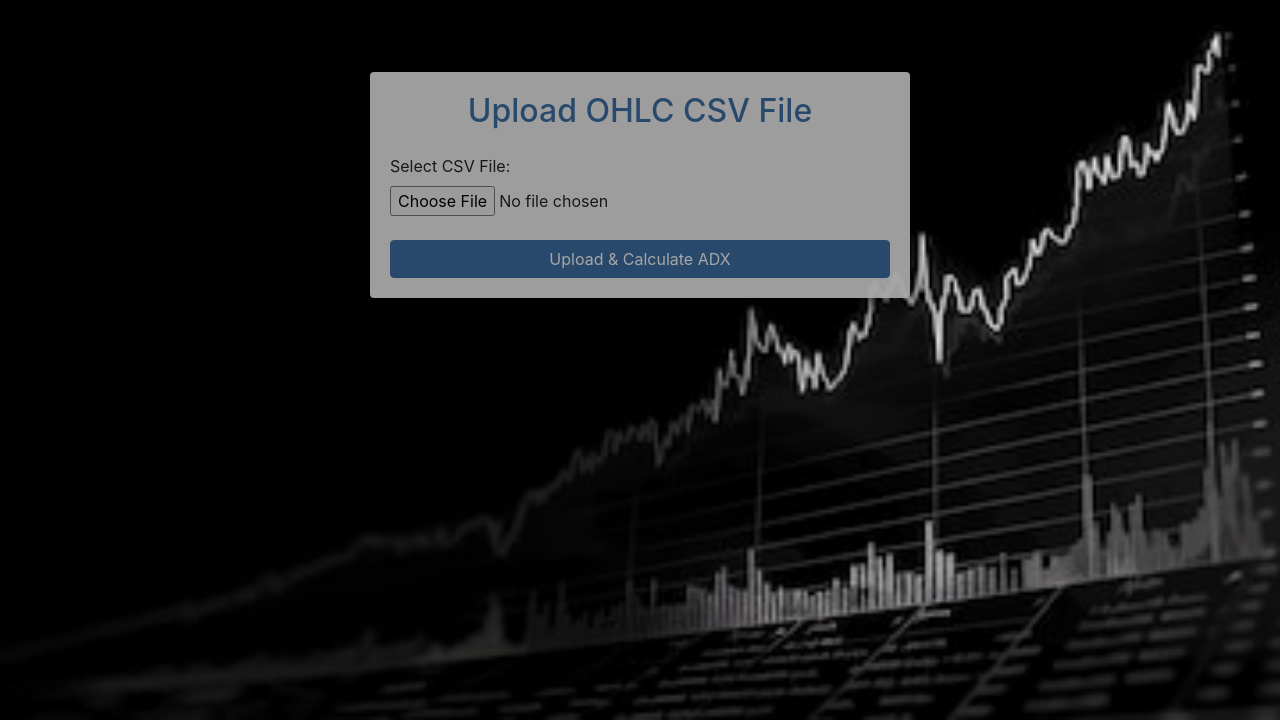
Repository: TEJAS-MI/Intelliqube-Assignment
Page: http://localhost/
An editor plug-in stored every save of this project. The page is shown before and after the next save, followed by the edit.
The browser window is 1280 px wide. The pictures show the whole page.
The page is served by the project's application, run on Django 2.2 (manage.py). Other server files are loaded and not shown.

Above is the page before, as saved 2025-12-03 20:25:36.

### adxapp/views.py
# adxapp/views.py

import pandas as pd
from django.shortcuts import render
from django.http import HttpResponse
from .utils import calculate_adx
import matplotlib
matplotlib.use('Agg')
from matplotlib import pyplot as plt
import io
import base64


def index(request):
    return render(request, 'adxapp/index.html')


def process_file(request):
    if request.method != 'POST':
        return render(request, 'adxapp/index.html')

    if 'csv_file' not in request.FILES:
        return render(request, 'adxapp/index.html', {'error': 'Please upload a CSV file.'})

    uploaded_file = request.FILES['csv_file']

    try:
        # Read the CSV exactly as-is (do not set index_col)
        df_in = pd.read_csv(uploaded_file)
        # Calculate ADX (utils will detect date and OHLC)
        result_df = calculate_adx(df_in)
    except Exception as e:
        # Catch and display calculation errors (like missing columns)
        return render(request, 'adxapp/index.html', {'error': f'Error processing file: {e}'})

    # Save result CSV in session for download
    csv_buffer = io.StringIO()
    # IMPORTANT: index=False to prevent the date/time column from being repeated as 'Unnamed: 0'
    result_df.to_csv(csv_buffer, index=False)
    request.session['csv_output'] = csv_buffer.getvalue()

    # Produce plot: plot numeric arrays (skip NaNs automatically)
    plt.figure(figsize=(10, 5))
    # plot by column values so x-axis is simple index
    plt.plot(result_df['ADX'].values, label='ADX')
    plt.plot(result_df['+DI14'].values, label='+DI14')
    plt.plot(result_df['-DI14'].values, label='-DI14')
    plt.title('ADX, +DI14, -DI14')
    plt.legend()
    plt.tight_layout()

    img_buffer = io.BytesIO()
    plt.savefig(img_buffer, format='png')
    plt.close()
    img_buffer.seek(0)
    plot_base64 = base64.b64encode(img_buffer.read()).decode('utf-8')

    # Prepare preview including date column if present
    preview_df = result_df.head(10)
    preview_columns = preview_df.columns.tolist()
    preview_data = preview_df.values.tolist()

    return render(request, 'adxapp/result.html', {
        'plot_base64': plot_base64,
        'preview_columns': preview_columns,
        'preview_data': preview_data
    })


def download_csv(request):
    csv_data = request.session.get('csv_output')
    if not csv_data:
        return HttpResponse("No output to download. Upload and process a file first.", status=400)
    response = HttpResponse(csv_data, content_type='text/csv')
    response['Content-Disposition'] = 'attachment; filename="adx_output.csv"'
    return response

### adxapp/templates/adxapp/index.html
{% load static %}
<!DOCTYPE html>
<html>
  <head>
    <meta charset="utf-8" />
    <title>ADX Calculator – Upload File</title>

    <link
      rel="stylesheet"
      href="https://cdn.jsdelivr.net/npm/bootstrap@4.1.3/dist/css/bootstrap.min.css"
      integrity="sha384-MCw98/SFnGE8fJT3GXwEOngsV7Zt27NXFoaoApmYm81iuXoPkFOJwJ8ERdknLPMO"
      crossorigin="anonymous"
    />

    <style>
      /* Background styling */
      body {
        background-image: url("{% static 'img/trading_graph.jpeg' %}");
        background-size: cover;
        background-attachment: fixed;
        background-position: center center;
        filter: brightness(65%) grayscale(60%);
      }

      /* Form Card Styling */
      .form-card {
        background-color: rgba(255, 255, 255, 0.95);
        box-shadow: 0 10px 20px rgba(0, 0, 0, 0.6);
        border: none;
      }
    </style>
  </head>

  <body>
    <div class="container mt-4">
      <div class="row justify-content-center">
        <div class="col-md-6">
          <div class="card form-card mt-5">
            <div class="card-body">
              <h2 class="mb-4 text-center text-primary">
                Upload OHLC CSV File
              </h2>

              <form
                action="{% url 'process_file' %}"
                method="POST"
                enctype="multipart/form-data"
              >
                {% csrf_token %}

                <div class="form-group">
                  <label>Select CSV File:</label>
                  <input
                    type="file"
                    name="csv_file"
                    class="form-control-file"
                    required
                  />
                </div>

                <button type="submit" class="btn btn-primary btn-block mt-4">
                  Upload & Calculate ADX
                </button>
              </form>
            </div>
          </div>
        </div>
      </div>
    </div>
  </body>
</html>

### adxproject/urls.py
"""adxproject URL Configuration

The `urlpatterns` list routes URLs to views. For more information please see:
    https://docs.djangoproject.com/en/2.2/topics/http/urls/
Examples:
Function views
    1. Add an import:  from my_app import views
    2. Add a URL to urlpatterns:  path('', views.home, name='home')
Class-based views
    1. Add an import:  from other_app.views import Home
    2. Add a URL to urlpatterns:  path('', Home.as_view(), name='home')
Including another URLconf
    1. Import the include() function: from django.urls import include, path
    2. Add a URL to urlpatterns:  path('blog/', include('blog.urls'))
"""
from django.contrib import admin
from django.urls import path ,include

urlpatterns = [
    path('admin/', admin.site.urls),

    path('',include('adxapp.urls')),
]

### adxapp/urls.py
from django.urls import path
from . import views

urlpatterns = [
    path('', views.index, name='index'),
    path('process/', views.process_file, name='process_file'),
    path('download/', views.download_csv, name='download_csv'),
]

After the next save:
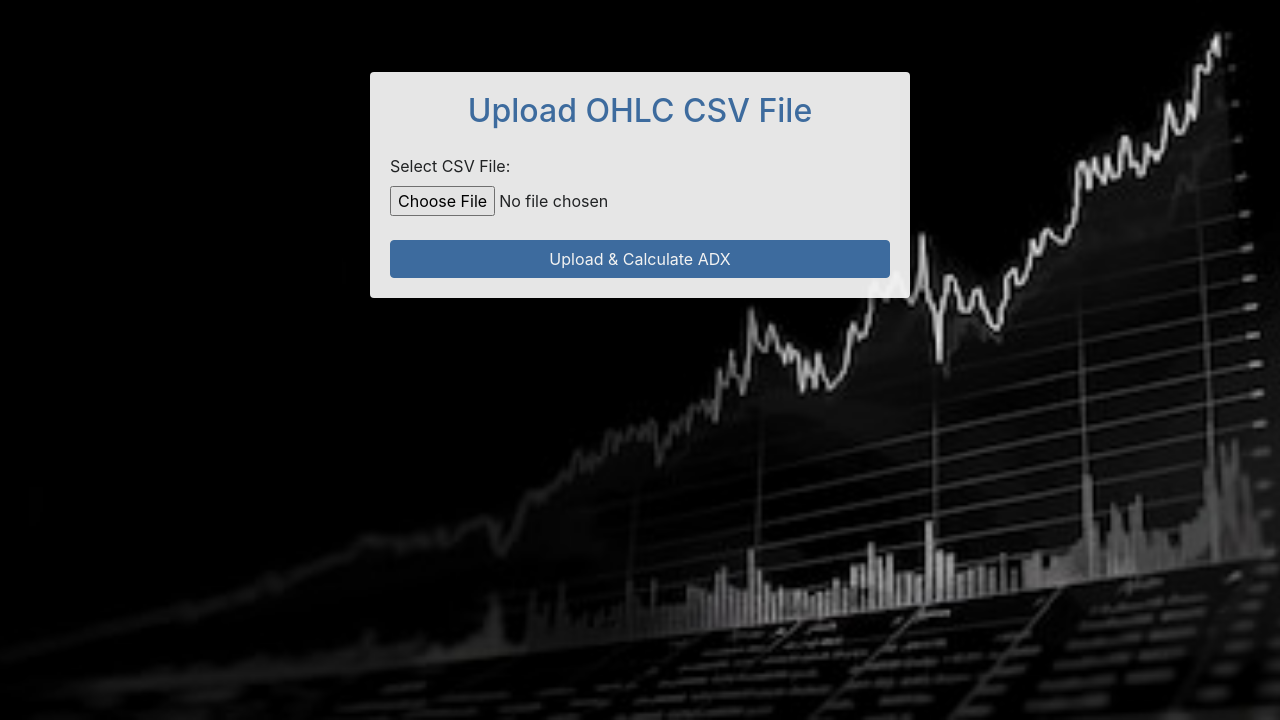
Saved 39 s later.
--- a/adxapp/templates/adxapp/index.html
+++ b/adxapp/templates/adxapp/index.html
@@ -19,7 +19,7 @@
         background-size: cover;
         background-attachment: fixed;
         background-position: center center;
-        filter: brightness(65%) grayscale(60%);
+        filter: brightness(95%) grayscale(60%);
       }
 
       /* Form Card Styling */
